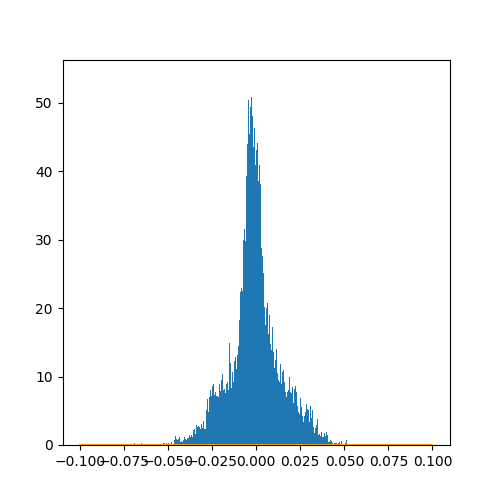
Repository: nishimuraHikar/PythonShowGraph
Script's output: python main.py
An editor plug-in stored every save of this project. The script's output is shown before and after the next save, followed by the edit.
Random numbers start from a fixed seed.

Above is the script's output before, as saved 2022-03-03 02:14:30.

### main.py
from time import time
import graph
import numpy as np

datafile = 'predict.csv'

timedata = graph.ReadColumn(datafile,0)
forcedatax = graph.ReadColumn(datafile, 1)
predictdatax = graph.ReadColumn(datafile, 2)
forcedatay = graph.ReadColumn(datafile, 3)
predictdatay = graph.ReadColumn(datafile, 4)

# graph.graph_1data(timedata, rawdata, "Raw Data")
# graph.graph_2data(timedata, rawdata, predictdata, "Raw Data", "Predict Data")
# graph.multiplot_2and1(timedata, forcedatax, predictdatax, forcedatay,predictdatay, "Actual X", "Predict X", "Actual Y", "Predict Y")
graph.histgram(forcedatax-predictdatax, 1000, 10)

### graph.py
import numpy as np
import matplotlib.pyplot as plt
import pandas as pd
from scipy.stats import norm

def ReadColumn(csv, line_num): #csvと列番号を指定
    #csvからndarray型に変換
    csvdata = pd.read_csv(csv, header=0, usecols=[line_num])
    # csvから読んだデータをnumpyの行列に入れる
    array = csvdata.values
    return array

# グラフ表示
# 1つのグラフ
def graph_1data(x_data, y_data, labelname):
    plt.rcParams['font.family'] = 'Times New Roman'
    plt.rcParams["xtick.direction"] = "in"
    plt.rcParams["ytick.direction"] = "in"
    plt.rcParams["xtick.major.width"] = 1.5
    plt.rcParams["ytick.major.width"] = 1.5
    plt.rcParams["font.size"] = 14
    plt.rcParams["axes.linewidth"] = 1.5

    plt.plot(x_data, y_data, c="darkorange", label=labelname)
    np.linspace(min(x_data), max(x_data), 100)
    # plt.ylim(-1.55, 1.55)
    # plt.ylim(min(y_data), max(y_data))
    plt.xlabel("Time[sec]", fontname = 'Times New Roman')
    plt.ylabel("Force[N]", fontname = 'Times New Roman')
    plt.legend()
    # plt.savefig('NNresult.png') #PNGファイル生成
    plt.show()


# 2つのグラフ
def graph_2data(x_data, y1_data, y2_data, labelname1, labelname2):
    plt.rcParams['font.family'] = 'Times New Roman'
    plt.rcParams["xtick.direction"] = "in"
    plt.rcParams["ytick.direction"] = "in"
    plt.rcParams["xtick.major.width"] = 1.5
    plt.rcParams["ytick.major.width"] = 1.5
    plt.rcParams["font.size"] = 14
    plt.rcParams["axes.linewidth"] = 1.5

    plt.plot(x_data, y1_data, c="darkorange", label=labelname1)
    plt.plot(x_data, y2_data, c="blue", label=labelname2)
    np.linspace(min(x_data), max(x_data), 100)
    # plt.ylim(-0.01, 0.01)
    # plt.ylim(min(y_data), max(y_data))
    plt.xlabel("Time[sec]", fontname = 'Times New Roman')
    plt.ylabel("Force[N]", fontname = 'Times New Roman')
    plt.legend()
# <<<<<<< HEAD
#     plt.savefig('NNresult.png') #PNGファイル生成
#     plt.show()

# マルチプロット2行1列
def multiplot_2and1(x_data, y_data1a, y_data1b, y_data2a, y_data2b, labelname1, labelname2, labelname3, labelname4):
    plt.rcParams['font.family'] = 'Times New Roman'
    plt.rcParams["xtick.direction"] = "in"
    plt.rcParams["ytick.direction"] = "in"
    plt.rcParams["xtick.major.width"] = 1.5
    plt.rcParams["ytick.major.width"] = 1.5
    plt.rcParams["font.size"] = 16
    plt.rcParams["axes.linewidth"] = 1.5

    plt.figure(figsize=[9, 7])
    # ax1 = fig.add_subplot(2, 1, 1)
    # ax2 = fig.add_subplot(2, 1, 2)

    plt.subplot(211)
    plt.plot(x_data, y_data1a, c="darkorange", label=labelname1)
    plt.plot(x_data, y_data1b, c="blue", label=labelname2)
    plt.ylabel("Force[N]", fontname = 'Times New Roman')
    plt.xlim(0, 60)
    plt.ylim(-0.1, 0.2)
    plt.axvspan(40, 60, color="gray", alpha=0.3)
    plt.legend(loc = 'upper left')

    plt.subplot(212)
    plt.plot(x_data, y_data2a, c="darkorange", label=labelname3)
    plt.plot(x_data, y_data2b, c="blue", label=labelname4)
    plt.ylabel("Force[N]", fontname = 'Times New Roman')
    plt.xlim(0, 60)
    plt.ylim(-0.1, 0.2)

    np.linspace(min(x_data), max(x_data), 100)
    plt.xlabel("Time[sec]", fontname = 'Times New Roman')
    plt.axvspan(40, 60, color="gray", alpha=0.3)
    plt.legend(loc = 'upper left')

    plt.tight_layout()
    plt.savefig("result.pdf")
    plt.show()

# ヒストグラム
def histgram(data, binsnum, scale):
    fig = plt.figure(figsize = [5,5])
    ax = fig.add_subplot(111)
    ax.hist(data, bins = binsnum, density = True)
    X = np.linspace(-0.1, 0.1, 100)
    Y = norm.pdf(X, loc=0, scale=scale)
    ax.plot(X, Y, c="orange")
    plt.show()

Loaded but not shown: predict.csv (59902 lines, source omitted)

After the next save:
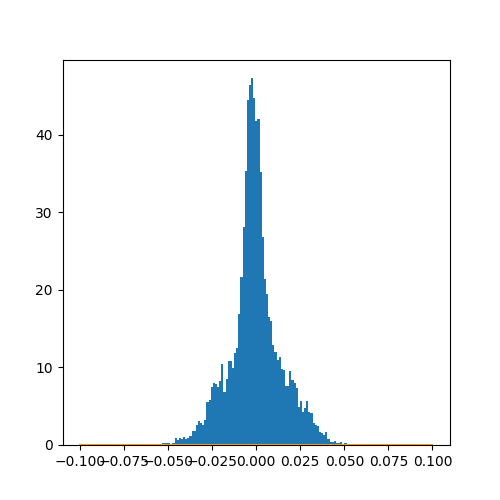
Saved 2 min 6 s later.
--- a/main.py
+++ b/main.py
@@ -13,4 +13,4 @@ predictdatay = graph.ReadColumn(datafile, 4)
 # graph.graph_1data(timedata, rawdata, "Raw Data")
 # graph.graph_2data(timedata, rawdata, predictdata, "Raw Data", "Predict Data")
 # graph.multiplot_2and1(timedata, forcedatax, predictdatax, forcedatay,predictdatay, "Actual X", "Predict X", "Actual Y", "Predict Y")
-graph.histgram(forcedatax-predictdatax, 1000, 10)
+graph.histgram(forcedatax-predictdatax, 100, 10)
